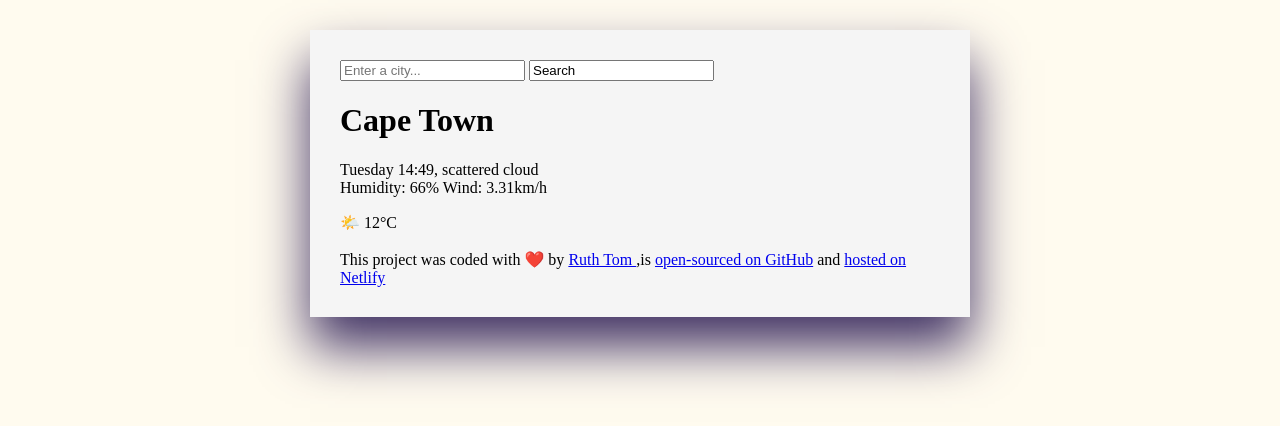
Repository: RuthTom711/Weatherly-App
Page: index.html
These files come from the project's save history. The page is drawn as it stood at one moment and after a run of saves; the edit follows.
The browser window is 1280 px wide. The pictures show the whole page.

Above is the page before, as saved 2025-11-10 21:03:11.

### index.html
<!DOCTYPE html>
<html lang="en">
  <head>
    <meta charset="UTF-8" />
    <meta name="viewport" content="width=device-width, initial-scale=1.0" />
    <title>Weatherly App</title>
  </head>
  <body>
    <div class="weather-app">
    <header>
        <form>
            <input type="search" placeholder="Enter a city..." required/>
            <input type="Subnit" value="Search"/>
            <link rel="stylesheet" href="src/styles.css">
        </form>


    </header>

    <main>
    <div>
    <h1>Cape Town</h1>
    <p>
        Tuesday 14:49, scattered cloud
        <br />
        Humidity: 66% Wind: 3.31km/h
    </p>
    </div>
    <div>
    🌤️ 12°C
    </div>
    </main>

    <br />
    <footer>
      This project was coded with ❤️ by
      <a href="https://github.com/RuthTom711" target="_blank"> Ruth Tom </a>,is
      <a href="https://github.com/RuthTom711/Weatherly-App" target="_blank">
        open-sourced on GitHub</a
      >
      and
      <a
        href="https://app.netlify.com/projects/ruth-weatherly-app/"
        target="_blank"
      >
        hosted on Netlify</a
      >
    </footer>
    </div>
  </body>
</html>

### src/styles.css
body {
    background-color: #fffbef;
}

.weather-app{
    background: whitesmoke;
    max-width: 600px;
    margin: 30px auto;
    padding: 30px;
    box-shadow: 0 30px 50px rgba(65,50,100);

}

After the next 3 saves:
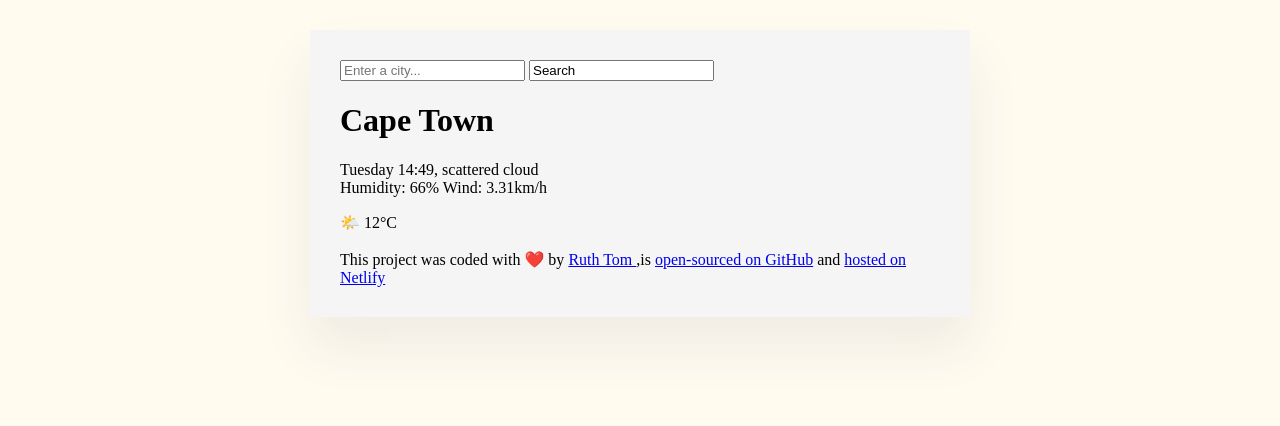
The 3 saves are shown as one change because they came seconds apart.
The last was saved 12 s later.
--- a/src/styles.css
+++ b/src/styles.css
@@ -7,6 +7,6 @@ body {
     max-width: 600px;
     margin: 30px auto;
     padding: 30px;
-    box-shadow: 0 30px 50px rgba(65,50,100);
+    box-shadow: 0 30px 50px rgba(65,50,100,0.08);
 
 }
